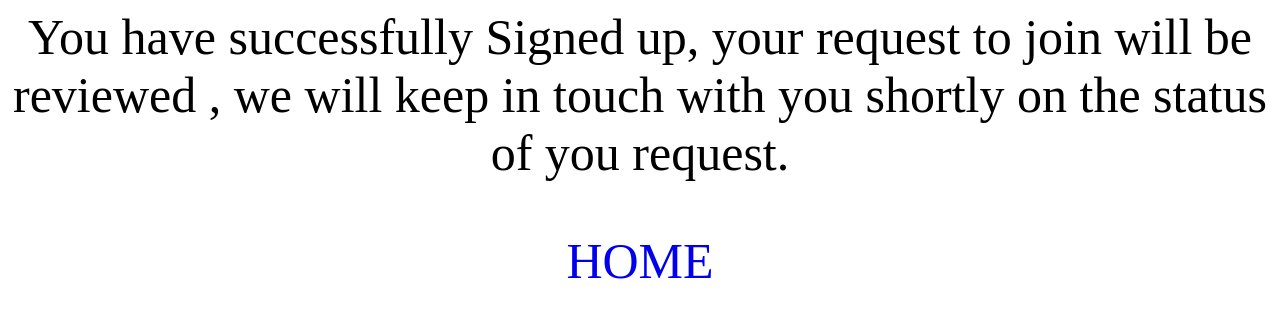
Repository: lorna-k/Workspace
Page: Alumni/Alumni-2/WebContent/signedup.html
The author's editor kept a copy of each file at every save. The page is drawn from the files as they stood at one save, then again after the next save.
The browser window is 1280 px wide. The pictures show the whole page.
Some web fonts or font styles are not loaded; a fallback is used.

Above is the page before, as saved 2016-09-15 08:33:01.

### Alumni/Alumni-2/WebContent/signedup.html
<!DOCTYPE html>
<html>
<head>
<meta charset="ISO-8859-1">
<title>Insert title here</title>
</head>
<body>
	<div  style="font-size:50px; font-family:Arial Black" align="center">

		You have successfully Signed up,
		your request to join will be reviewed
		, we will keep in touch with you shortly on the status
		of you request.

		<p><a href="imdex.html" style="text-decoration: none;">HOME</a></p>
	</div>
</body>
</html>

After the next save:
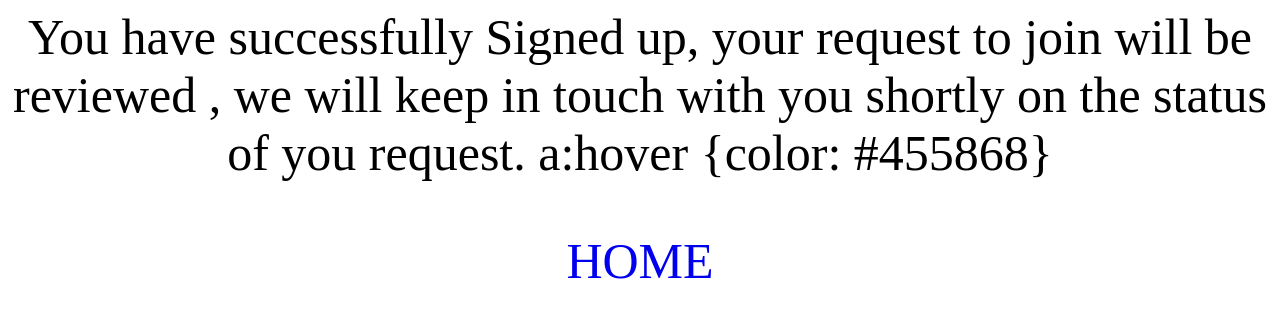
Saved 2 min 7 s later.
--- a/Alumni/Alumni-2/WebContent/signedup.html
+++ b/Alumni/Alumni-2/WebContent/signedup.html
@@ -12,6 +12,9 @@
 		, we will keep in touch with you shortly on the status
 		of you request.
 
+
+		a:hover {color: #455868}
+
 		<p><a href="imdex.html" style="text-decoration: none;">HOME</a></p>
 	</div>
 </body>

After the save that followed:
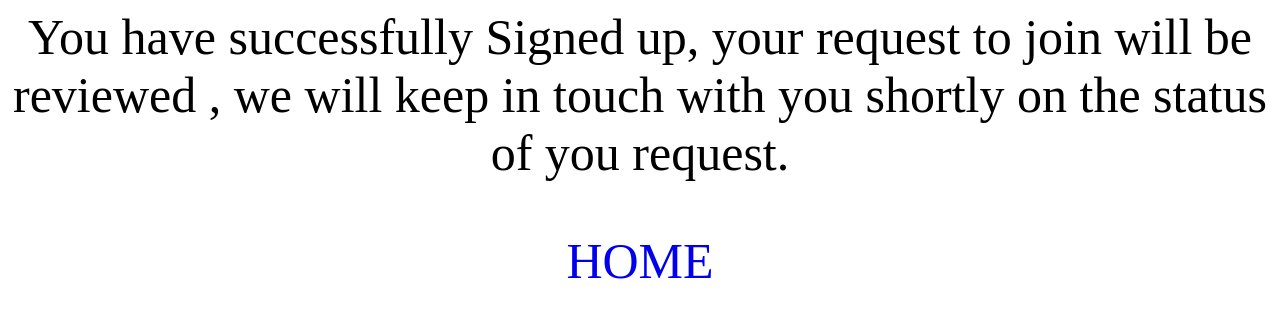
Saved 32 s later.
--- a/Alumni/Alumni-2/WebContent/signedup.html
+++ b/Alumni/Alumni-2/WebContent/signedup.html
@@ -13,9 +13,9 @@
 		of you request.
 
 
-		a:hover {color: #455868}
 
-		<p><a href="imdex.html" style="text-decoration: none;">HOME</a></p>
+
+		<p><a href="imdex.html" style="text-decoration: none;a:hover {color: #455868}">HOME</a></p>
 	</div>
 </body>
 </html>
